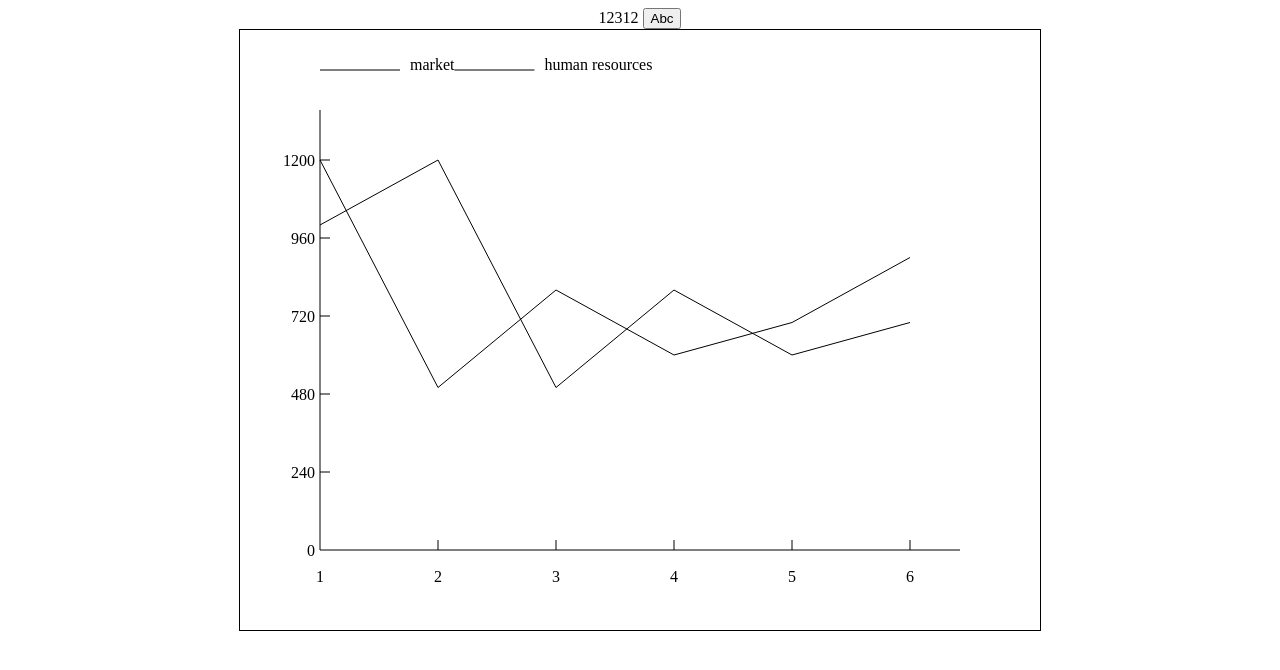
Repository: ycdtc/movie
Page: aaa/WebContent/index.html
These files come from the project's save history. The page is drawn as it stood at one moment and after the next save; the edit follows.
The browser window is 1280 px wide. The pictures show the whole page.
After loading, the first visible `#abc` was clicked once.

Above is the page before, as saved 2017-06-21 09:12:20.

### aaa/WebContent/index.html
                                                                                                                                                                                                                                                                                                                                                                                                                                                                                                                                                                                                                                                                                                                                                                                                                                                                                                                                                                                                                                                                                                                                                                                                                                                                                                                                                                                                                                                                                                                                                                                                                                                                                                                                                                                                                                                                                                                                                                                                                                                                                                                                                                                                                                                                                                                                                                                                                                                                                                                               <!DOCTYPE html><html><head>
<meta charset="UTF-8">
<script type="text/javascript" src="javascript/jquery.min.js"></script>
<script type="text/javascript" src="javascript/base.js"></script>
<link rel="stylesheet" href="stylesheet/base.css" />
<link rel="stylesheet" href="stylesheet/index.css" />
<title>Insert title here</title>
</head>
<body>
12312
<button id="abc">Abc</button>
<div id = "chart"> </div>
</body>
<script>
	$("#abc").click(function(e){
		//location.href = "hr.html?id=123"
		$("#chart").empty();
		$("<canvas id=\"can1\" height=\"600\" width=\"800\"></canvas>").appendTo($("#chart"));
		//drawPie("can1",[10,20,30],["market","human resource","finance"]);
		drawLine("can1",[[1000,1200,500,800,600,700],[1200,500,800,600,700,900]],["market","human resources"],[1,2,3,4,5,6]);
	});


</script>
</html>

### aaa/WebContent/javascript/base.js
/**
 *
 */

var colors = ["red","orange","green","blue","purple","black"];
function getRequest() {
	var url = location.search;
	var paras = url.substr(1).split("&");
	var res = new Object();
	for(var i=0;i<paras.length;i++){
		res[paras[i].split("=")[0]] = paras[i].split("=")[1];
	}
	return res;
}

function drawPie(chart,value,name){
	var can = document.getElementById(chart);
	var ctx = can.getContext("2d");
	var start = 0;
	var end = 0;
	ctx.translate(400,350);
	var sum = 0;
	for(var i=0;i<value.length;i++){
		sum += value[i];
	}
	for(var i=0;i<value.length;i++){
		start = end;
		end += value[i]/sum * 2 * Math.PI;
		ctx.fillStyle = colors[i];
		ctx.beginPath();
		ctx.moveTo(0,0);
		ctx.arc(0,0,200,start,end);
		ctx.closePath();
		ctx.stroke();
		ctx.fill();
	}
	start = 0;
	end = 0;
	var now = 0 ;
	for(var i=0;i<value.length;i++){
		start = end;
		end += value[i]/sum * 2 * Math.PI;
		ctx.rotate(now + (end-start)/2);
		now = (end-start)/2;
		ctx.font = "24px";
		ctx.fillStyle = "white";
		ctx.fillText(name[i], 60 , 0);
	}
}

function drawLine(chart,value,name,key){
    var canvas = document.getElementById(chart);
    var ctx = canvas.getContext('2d');
    //画布的款高
    var cw = canvas.width;
    var ch = canvas.height;
    //内间距padding
    var padding = 80;
    //原点，bottomRight:X轴终点,topLeft:Y轴终点
    var origin = {x:padding,y:ch-padding};
    var bottomRight = {x:cw-padding,y:ch-padding};
    var topLeft = {x:padding,y:padding};
    //绘制X轴
    ctx.beginPath();
    ctx.moveTo(origin.x,origin.y);
    ctx.lineTo(bottomRight.x,bottomRight.y);
    //绘制Y轴
    ctx.moveTo(origin.x,origin.y);
    ctx.lineTo(topLeft.x,topLeft.y);
    //设置字号
    ctx.font = '16px SimHei';
    //绘制X方向刻度
    //计算刻度可使用的总宽度
    var avgWidth = (cw - 2*padding - 50)/(key.length-1);
    for(var i=0;i<key.length;i++){
        //循环绘制所有刻度线
        if(i > 0){
            //移动刻度起点
            ctx.moveTo(origin.x+i*avgWidth,origin.y);
            //绘制到刻度终点
            ctx.lineTo(origin.x+i*avgWidth,origin.y-10);
        }
        var txtWidth = ctx.measureText(key[i]).width;
        ctx.fillText(key[i],origin.x+i*avgWidth-txtWidth/2,origin.y+32);
    }
    //绘制Y方向刻度
    //最大刻度max
    var max = Math.max.apply(null,value.join(",").split(","));

    var avgValue=Math.floor(max/5);
    var avgHeight = (ch-padding*2-50)/5;
    for(var i=0;i<key.length;i++){
        //绘制Y轴刻度
    	if(i>0){
            ctx.moveTo(origin.x,origin.y-i*avgHeight);
            ctx.lineTo(origin.x+10,origin.y-i*avgHeight);
    	}
        //绘制Y轴文字
        var txtWidth = ctx.measureText(avgValue*i).width;
        ctx.fillText(avgValue*i,origin.x-txtWidth-5,origin.y-i*avgHeight+6);
    }

    //绘制折线
    var labelX = padding;
    for(var k=0;k<name.length;k++){
	    for(var i=0;i<value[k].length;i++){
	        var posY = origin.y - value[k][i]/max*(ch-2*padding-50);
	        ctx.fillStyle = colors[k];
	        if(i==0){
	            ctx.moveTo(origin.x+i*avgWidth,posY);
	        }else{
	            ctx.lineTo(origin.x+i*avgWidth,posY);
	        }
	    }
	    ctx.moveTo(labelX,padding/2);
        ctx.lineTo(labelX+80,padding/2);
        ctx.fillStyle="black";
        ctx.fillText(name[k],labelX+90,padding/2);
        labelX += 90 + ctx.measureText(name[k]).width;
    }
    ctx.stroke();

}

### aaa/WebContent/stylesheet/base.css
@CHARSET "UTF-8";
body{
	text-align: center;
}

### aaa/WebContent/stylesheet/index.css
@CHARSET "UTF-8";
#chart{
	border: 1px solid black;
    width: 800px;
    height: 600px;
    margin:0 auto;
}

Loaded but not shown: aaa/WebContent/javascript/jquery.min.js (library)

After the next save:
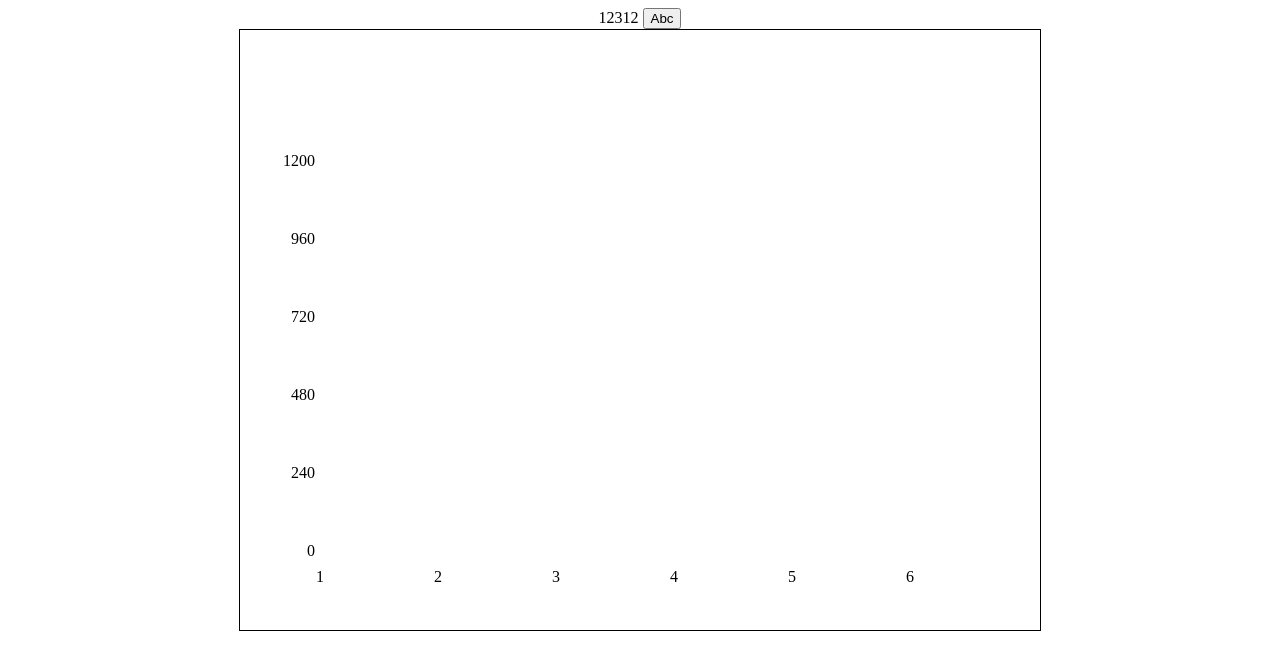
Console error: ReferenceError: fill is not defined
Saved 5 min 31 s later.
--- a/aaa/WebContent/javascript/base.js
+++ b/aaa/WebContent/javascript/base.js
@@ -112,8 +112,9 @@
 	            ctx.lineTo(origin.x+i*avgWidth,posY);
 	        }
 	    }
-	    ctx.moveTo(labelX,padding/2);
-        ctx.lineTo(labelX+80,padding/2);
+	    ctx.moveTo(labelX,padding/2-6);
+        ctx.lineTo(labelX+80,padding/2-6);
+        fill();
         ctx.fillStyle="black";
         ctx.fillText(name[k],labelX+90,padding/2);
         labelX += 90 + ctx.measureText(name[k]).width;

After the save that followed:
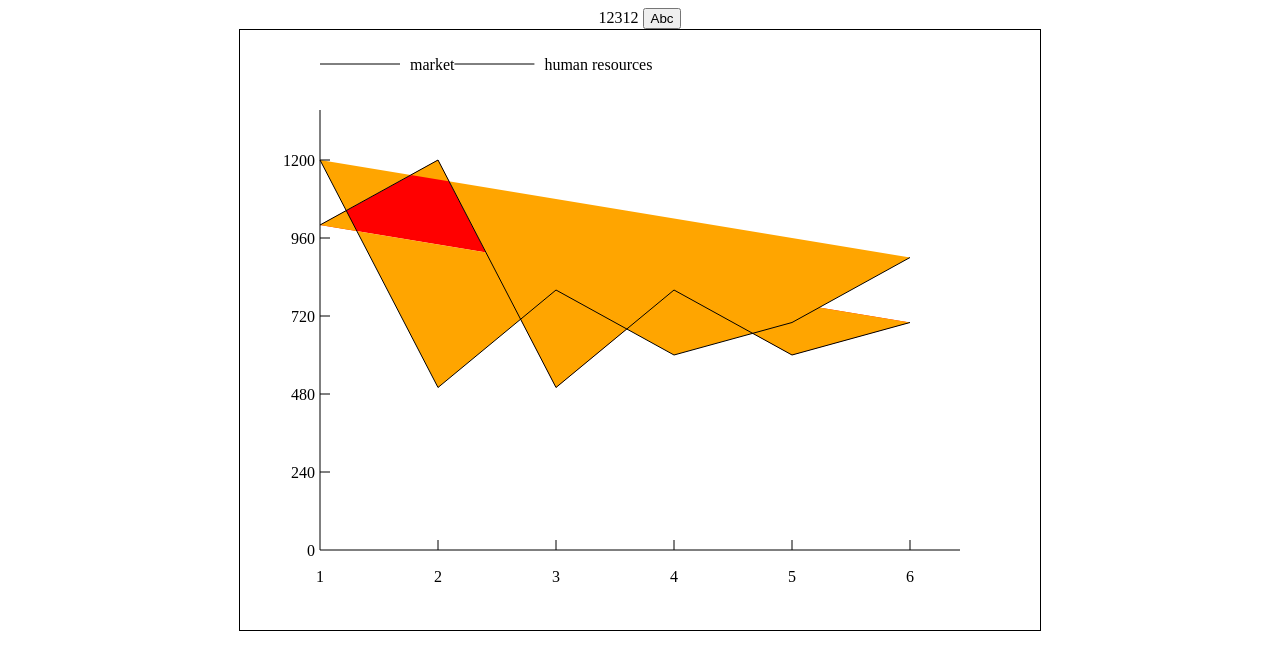
The error is gone.
Saved 83 s later.
--- a/aaa/WebContent/javascript/base.js
+++ b/aaa/WebContent/javascript/base.js
@@ -114,7 +114,7 @@
 	    }
 	    ctx.moveTo(labelX,padding/2-6);
         ctx.lineTo(labelX+80,padding/2-6);
-        fill();
+		ctx.fill();
         ctx.fillStyle="black";
         ctx.fillText(name[k],labelX+90,padding/2);
         labelX += 90 + ctx.measureText(name[k]).width;
